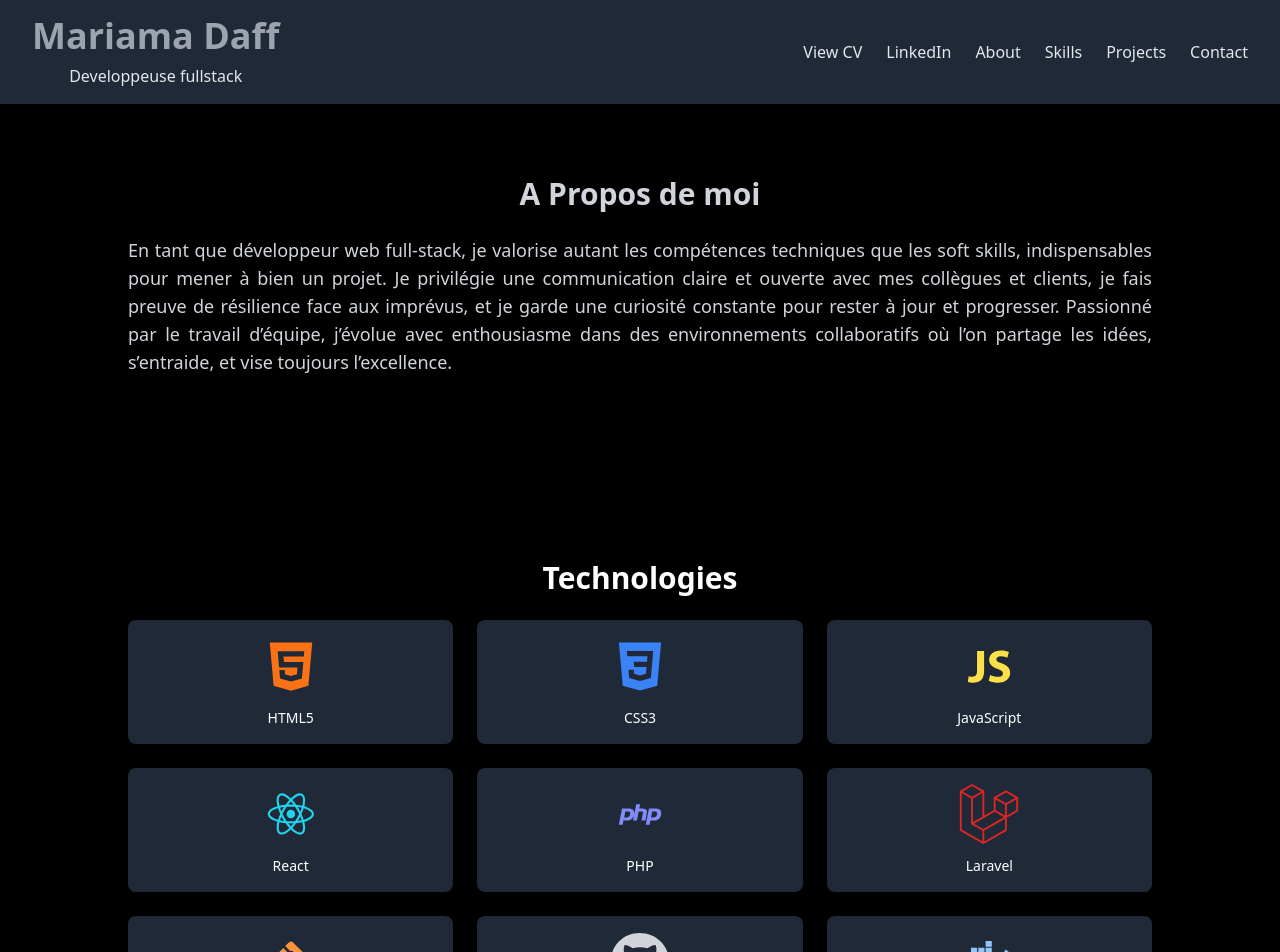
Repository: mariamdaff/Projets_Perso
Page: / (app in mon_portfolio/)
The author's editor kept a copy of each file at every save. The page is drawn from the files as they stood at one save, then again after the next save.
The browser window is 1280 px wide. The pictures show the part of the page from y = 0 to 952 px (the page is 2583 px tall before and 2575 px after).
The project was rebuilt for these pictures with package versions that can differ from the ones it lists, and the page was loaded fresh each time. Also part of the build but not shown: mon_portfolio/vite.config.js.

Above is the page before, as saved 2025-04-23 14:40:40.

After the next save:
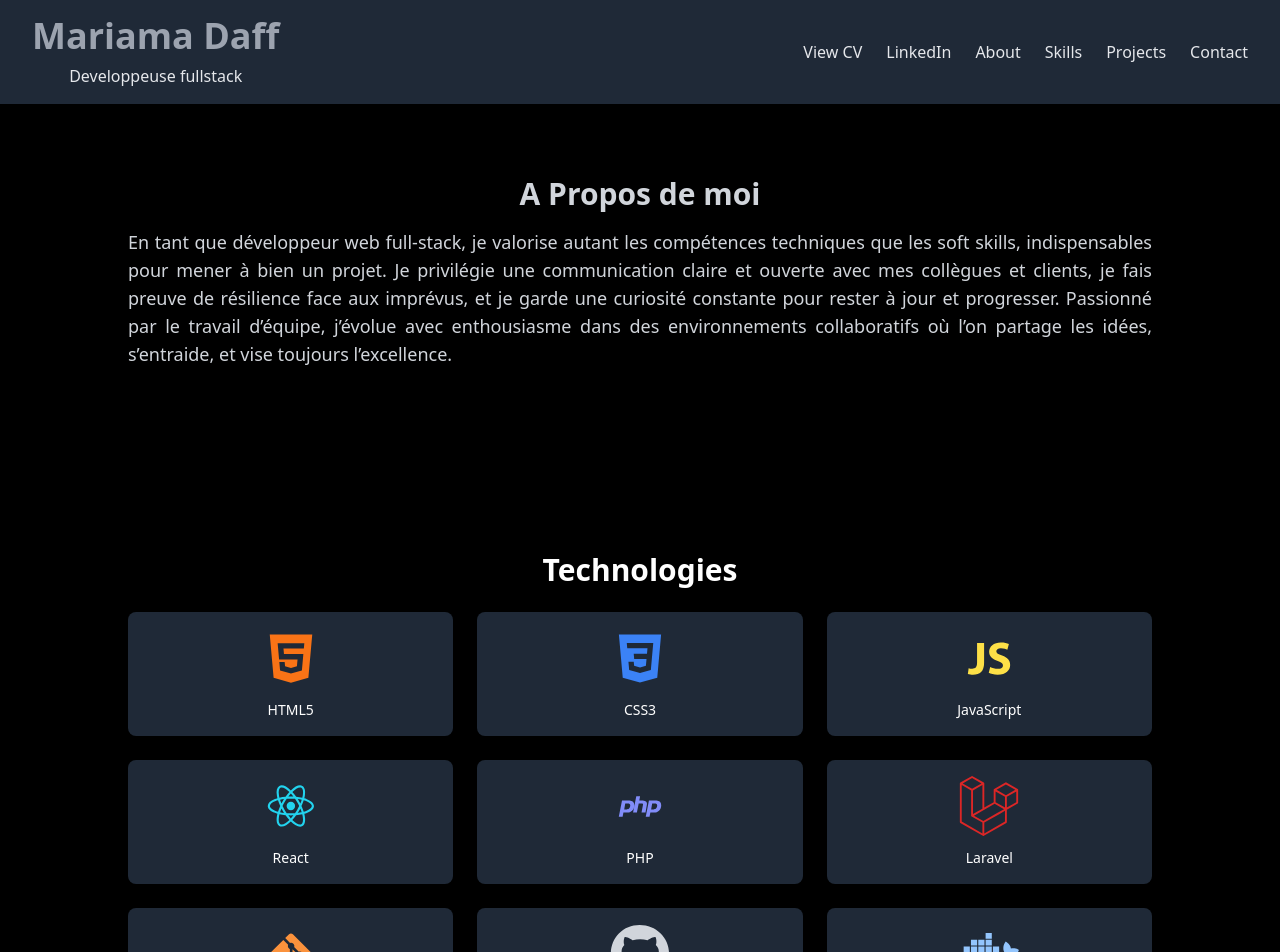
Saved 19 s later.
--- a/mon_portfolio/src/components/A_Propos/APropos.jsx
+++ b/mon_portfolio/src/components/A_Propos/APropos.jsx
@@ -2,7 +2,7 @@
 const APropos = () =>{
     return(
         <section className="text-center py-12 max-w-5xl mx-auto">
-        <h2 className="text-3xl font-semibold mb-6 text-gray-300">A Propos de moi</h2>
+        <h2 className="text-3xl font-semibold mb-4 text-gray-300">A Propos de moi</h2>
        <p className="text-lg text-gray-300 mb-8 text-justify">En tant que développeur web full-stack, je valorise autant les compétences techniques que les soft skills,
          indispensables pour mener à bien un projet. Je privilégie une communication claire et ouverte avec mes collègues et clients,
           je fais preuve de résilience face aux imprévus, et je garde une curiosité constante pour rester à jour et progresser.
